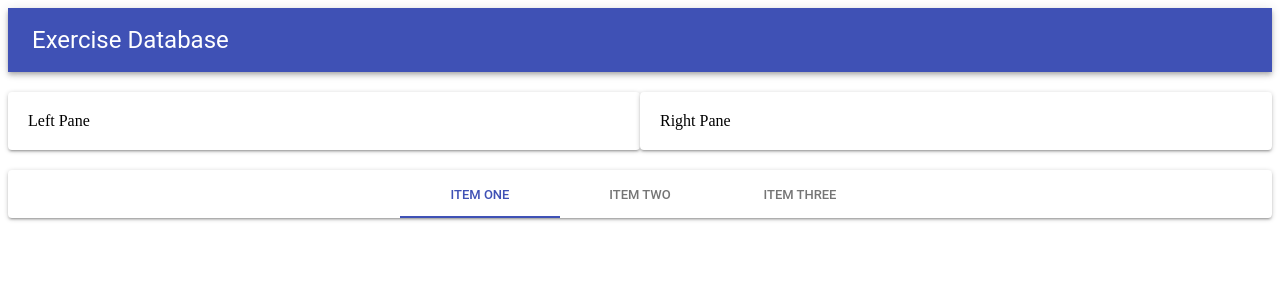
Repository: Votex874/material-ui
Page: /
An editor plug-in stored every save of this project. The page is shown before and after the next save, followed by the edit.
The browser window is 1280 px wide. The pictures show the whole page.
The project was rebuilt for these pictures with package versions that can differ from the ones it lists, and the page was loaded fresh each time.

Above is the page before, as saved 2019-03-23 17:34:15.

After the next save:
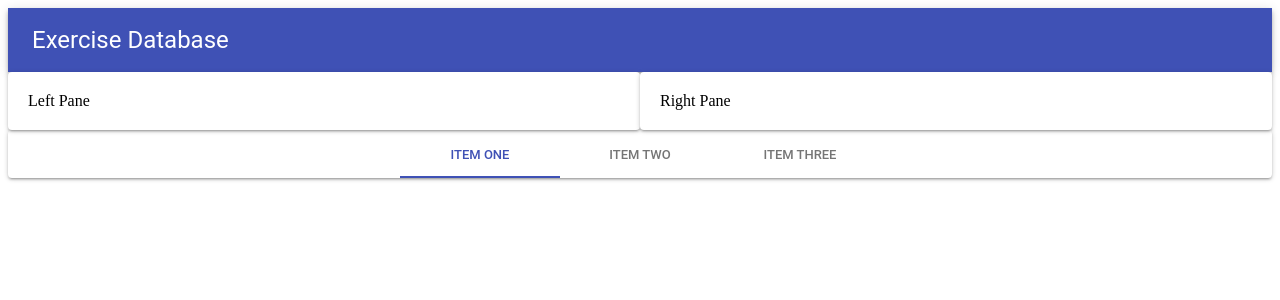
Saved 8 s later.
--- a/src/Components/Exercises/index.js
+++ b/src/Components/Exercises/index.js
@@ -4,7 +4,7 @@ import { Grid, Paper } from '@material-ui/core'
 const style = {
   Paper: {
     padding: 20,
-    margin: '20px 0 20px 0'
+    margin: '20 0 20 0'
   }
 }
 
